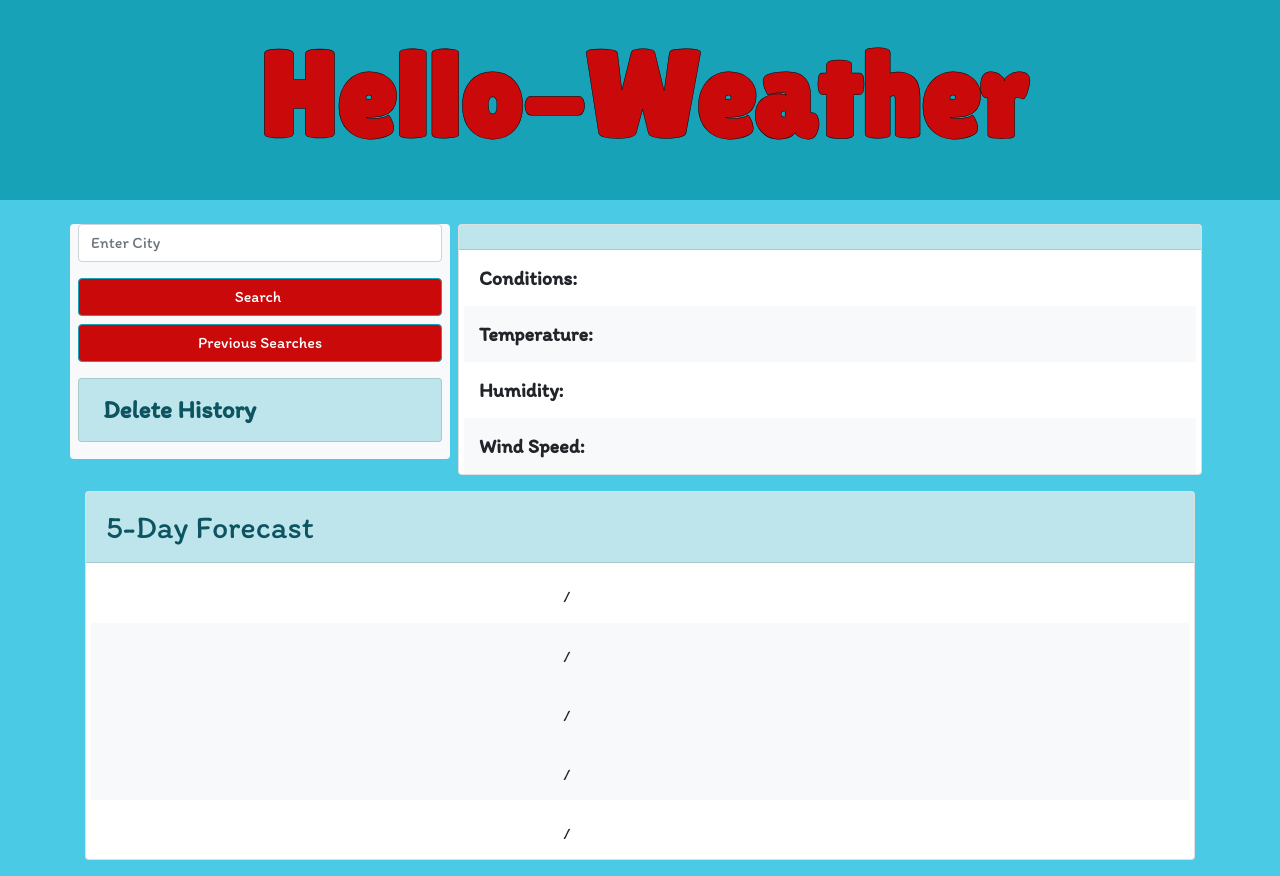
Repository: Jazinha/Hello-kitty-weather
Page: index.html
The author's editor kept a copy of each file at every save. The page is drawn from the files as they stood at one save, then again after the next save.
The browser window is 1280 px wide. The pictures show the whole page.
Some web libraries are served in a nearby version.

Above is the page before, as saved 2023-02-08 00:47:01.

### index.html
<!DOCTYPE html>
<html>

<head>
    <title>Hello-Weather!</title>
    <meta charset="utf-8">

    <link rel="preconnect" href="https://fonts.googleapis.com">
    <link rel="preconnect" href="https://fonts.gstatic.com" crossorigin>
    <link href="https://fonts.googleapis.com/css2?family=Itim&family=Lilita+One&display=swap" rel="stylesheet">
    <link rel="stylesheet" href="https://cdn.jsdelivr.net/npm/bootstrap@4.0.0/dist/css/bootstrap.min.css"
        integrity="sha384-Gn5384xqQ1aoWXA+058RXPxPg6fy4IWvTNh0E263XmFcJlSAwiGgFAW/dAiS6JXm" crossorigin="anonymous">
    <link rel="stylesheet" href="style.css">
</head>

<body>
    <header class="bg-info p-4 mb-2 text-center">
        <h1 class="font-weight-bold text-red">
          <i class="fas fa-cloud-sun mr-1"></i>
          Hello-Weather
        </h1>
        <p id="today" class="h4 text-white"></p>
      </header>

      <!-- Content Container -->
      <div class="container">
        <div class="row">

          <!-- Sidebar: Search + Search History -->
          <aside class="col-sm-4 bg-light px-2 my-3 rounded">

            <!-- Search Input -->

              <input id="search" class="form-control" type="text" placeholder="Enter City" aria-label="Search"/>
              <button id="search-btn" class="btn btn-block btn-info mt-3" type="button">
                Search
                <i class="fas fa-search ml-1"></i>
              </button>

            <!-- Previous Searches Button (only visible at smaller breakpoints) -->
            <button id="collapse-search-history" class="btn btn-block btn-info" type="button" data-toggle="collapse" data-target="#search-history" aria-expanded="false" aria-controls="collapseExample">
              Previous Searches
            </button>

            <!-- Search History -->
            <ul id="search-history" class="list-group collapse mt-3">
              <li id="delete-history" class="list-group-item list-group-item-info font-weight-bold">
                <i class="fas fa-trash-alt mr-1"></i>
                Delete History
              </li>
            </ul>
          </aside>

          <!-- Main Content: Weather Dashboard -->
          <main class="col-sm-8 px-2 mt-3">

            <!-- Section: Current Weather Data -->
            <section class="card">

              <!-- Current City -->
              <div class="card-header d-flex align-items-center list-group-item-info">
                <p id="city" class="h2 my-0 mr-2"></p>
                <i id="icon" class=""></i>
              </div>

              <div class="card-body py-0">

                <!-- Current Conditions -->
                <div class="row d-flex align-items-center py-3">
                  <div class="col-8 col-md-6 col-lg-4">
                    <p class="h5 font-weight-bold m-0">Conditions:</p>
                  </div>
                  <div class="col-4 col-md-6 col-lg-8 px-0">
                    <p id="conditions" class="h5 font-weight-light m-0"></p>
                  </div>
                </div>

                <!-- Current Temperature -->
                <div class="row bg-light d-flex align-items-center py-3">
                  <div class="col-8 col-md-6 col-lg-4">
                    <p class="h5 font-weight-bold m-0">Temperature:</p>
                  </div>
                  <div class="col-4 col-md-6 col-lg-8 px-0">
                    <p id="temperature" class="h5 font-weight-light m-0"></p>
                  </div>
                </div>

                <!-- Current Humidity -->
                <div class="row d-flex align-items-center py-3">
                  <div class="col-8 col-md-6 col-lg-4">
                    <p class="h5 font-weight-bold m-0">Humidity:</p>
                  </div>
                  <div class="col-4 col-md-6 col-lg-8 px-0">
                    <p id="humidity" class="h5 font-weight-light m-0"></p>
                  </div>
                </div>

                <!-- Current Wind Speed -->
                <div class="row bg-light d-flex align-items-center py-3">
                  <div class="col-8 col-md-6 col-lg-4">
                    <p class="h5 font-weight-bold m-0">Wind Speed:</p>
                  </div>
                  <div class="col-4 col-md-6 col-lg-8 px-0">
                    <p id="wind-speed" class="h5 font-weight-light m-0"></p>
                  </div>
                </div>
                </div>
              </div>
            </section>

            <!-- Section: 5-Day Forecast -->
            <section class="card my-3">
              <div class="card-header d-flex align-items-center list-group-item-info py-3">
                <p class="h2 my-0">5-Day Forecast</p>
              </div>

              <div class="card-body py-0">

                <!-- Day 1 -->
                <div class="row d-flex align-items-center py-3">
                  <div class="col-2 d-flex justify-content-center">
                    <i id="day-1-icon" class=""></i>
                  </div>
                  <div class="col-3 pr-0">
                    <p id="day-1-date" class="h5 text-info"></p>
                    <p id="day-1-year" class="h6 font-weight-light m-0"></p>
                  </div>
                  <div class="col-7">
                    <p id="day-1-conditions" class="h5 text-info"></p>
                    <p class="h6 font-weight-light m-0">
                      <i class="fas fa-thermometer-quarter"></i>
                      <span id="day-1-temp"></span> /
                      <span id="day-1-humidity"></span>
                    </p>
                  </div>
                </div>

                <!-- Day 2 -->
                <div class="row bg-light d-flex align-items-center py-3">
                  <div class="col-2 d-flex justify-content-center">
                    <i id="day-2-icon" class=""></i>
                  </div>
                  <div class="col-3 pr-0">
                    <p id="day-2-date" class="h5 text-info"></p>
                    <p id="day-2-year" class="h6 font-weight-light m-0"></p>
                  </div>
                  <div class="col-7">
                    <p id="day-2-conditions" class="h5 text-info"></p>
                    <p class="h6 font-weight-light m-0">
                      <i class="fas fa-thermometer-quarter"></i>
                      <span id="day-2-temp"></span> /
                      <span id="day-2-humidity"></span>
                    </p>
                  </div>
                </div>

                <!-- Day 3 -->
                <div class="row bg-light d-flex align-items-center py-3">
                  <div class="col-2 d-flex justify-content-center">
                    <i id="day-3-icon" class=""></i>
                  </div>
                  <div class="col-3 pr-0">
                    <p id="day-3-date" class="h5 text-info"></p>
                    <p id="day-3-year" class="h6 font-weight-light m-0"></p>
                  </div>
                  <div class="col-7">
                    <p id="day-3-conditions" class="h5 text-info"></p>
                    <p class="h6 font-weight-light m-0">
                      <i class="fas fa-thermometer-quarter"></i>
                      <span id="day-3-temp"></span> /
                      <span id="day-3-humidity"></span>
                    </p>
                  </div>
                </div>

                <!-- Day 4 -->
                <div class="row bg-light d-flex align-items-center py-3">
                  <div class="col-2 d-flex justify-content-center">
                    <i id="day-4-icon" class=""></i>
                  </div>
                  <div class="col-3 pr-0">
                    <p id="day-4-date" class="h5 text-info"></p>
                    <p id="day-4-year" class="h6 font-weight-light m-0"></p>
                  </div>
                  <div class="col-7">
                    <p id="day-4-conditions" class="h5 text-info"></p>
                    <p class="h6 font-weight-light m-0">
                      <i class="fas fa-thermometer-quarter"></i>
                      <span id="day-4-temp"></span> /
                      <span id="day-4-humidity"></span>
                    </p>
                  </div>
                </div>

                <!-- Day 5 -->
                <div class="row d-flex align-items-center py-3">
                  <div class="col-2 d-flex justify-content-center">
                    <i id="day-5-icon" class=""></i>
                  </div>
                  <div class="col-3 pr-0">
                    <p id="day-5-date" class="h5 text-info"></p>
                    <p id="day-5-year" class="h6 font-weight-light m-0"></p>
                  </div>
                  <div class="col-7">
                    <p id="day-5-conditions" class="h5 text-info"></p>
                    <p class="h6 font-weight-light m-0">
                      <i class="fas fa-thermometer-quarter"></i>
                      <span id="day-5-temp"></span> /
                      <span id="day-5-humidity"></span>
                    </p>
                  </div>
                </div>
              </div>
            </section>
          </main>
        </div>
      </div>

    <script src="https://code.jquery.com/jquery-3.2.1.slim.min.js"
        integrity="sha384-KJ3o2DKtIkvYIK3UENzmM7KCkRr/rE9/Qpg6aAZGJwFDMVNA/GpGFF93hXpG5KkN"
        crossorigin="anonymous"></script>
    <script src="https://cdn.jsdelivr.net/npm/popper.js@1.12.9/dist/umd/popper.min.js"
        integrity="sha384-ApNbgh9B+Y1QKtv3Rn7W3mgPxhU9K/ScQsAP7hUibX39j7fakFPskvXusvfa0b4Q"
        crossorigin="anonymous"></script>
    <script src="https://cdn.jsdelivr.net/npm/bootstrap@4.0.0/dist/js/bootstrap.min.js"
        integrity="sha384-JZR6Spejh4U02d8jOt6vLEHfe/JQGiRRSQQxSfFWpi1MquVdAyjUar5+76PVCmYl"
        crossorigin="anonymous"></script>
    <script src="./script.js"></script>
</body>

</html>

### style.css
body {
    background-color: rgb(75, 202, 230);
    font-size: 25px;
    font-family: 'Itim', cursive;;
}

.container-landing {
    text-align: center;
    justify-content: center;
    /* background-image: ; */
}

h1 {
    font-size: 120px;
    font-family: 'Lilita One', cursive;
    color: rgb(202, 10, 10);
    -webkit-text-stroke: .5px black;
}

#initial {
    font-family: 'Lilita One', cursive;
    width: 190px;
    height: 33px;
    padding: 0px 2px;
    border: none;
}

.btn {
    background-color:rgb(202, 10, 10);
    text-decoration: none;
}


.btn:hover {
    background-color: rgb(217, 75, 98);
  }


.days-week {
    display: flex;
    flex-flow: row wrap;
  }

#search-btn {
    background-color:rgb(202, 10, 10);
    text-decoration: none;
}

### script.js
function init() {
    console.log("dd");
    var searchBtn = document.getElementById("search-btn");
    var inputTxt = document.getElementById("search");
    var APIKEY = '3d90c1ba80e1377a6db30bdf0b2f1488'
    searchBtn.addEventListener("click", () => {
        var inptTextValue = inputTxt.value;
        // console.log(inptTextValue);

        fetch(`https://api.openweathermap.org/data/2.5/forecast?q=${inptTextValue}&appid=${APIKEY}`)
            .then((response) => response.json())
            .then((data) => {
                var weathers = data.list;
                var eachDays = Array();
                for (var i = 0; i < weathers.length; i+=8) {
                    console.log(weathers[i]);
                    var temp = {
                        condition : weathers[i].weather[0].main,
                        temperature : weathers[i].main.temp,
                        humidity : weathers[i].main.humidity,
                        windSpeed : weathers[i].wind.speed,
                        icon : weathers[i].weather[0].icon,
                    };
                    eachDays.push(temp);

                    var conditionDisplay = ``;
                    // console.log(condition);
                    // console.log(temperature);
                    // console.log(humidity);
                    // console.log(windSpeed);
                }

                var currentDayCity = document.getElementById("city");
                var currentIcon = document.getElementById("icon");
                currentDayCity.value = inptTextValue;
                currentIcon.src = "http://openweathermap.org/img/wn/10d@2x.png"
                // for (var i = 0; i < 5; i+=1)
                // {
                //     var
                // }


            });


        })
    // setTimeout(
    //     () => {
    //         console.log(inputTxt)
    //     }
    // , 1000);






}

// 3d90c1ba80e1377a6db30bdf0b2f1488

// api.openweathermap.org/data/2.5/forecast?q=California&appid=3d90c1ba80e1377a6db30bdf0b2f1488

init()

After the next save:
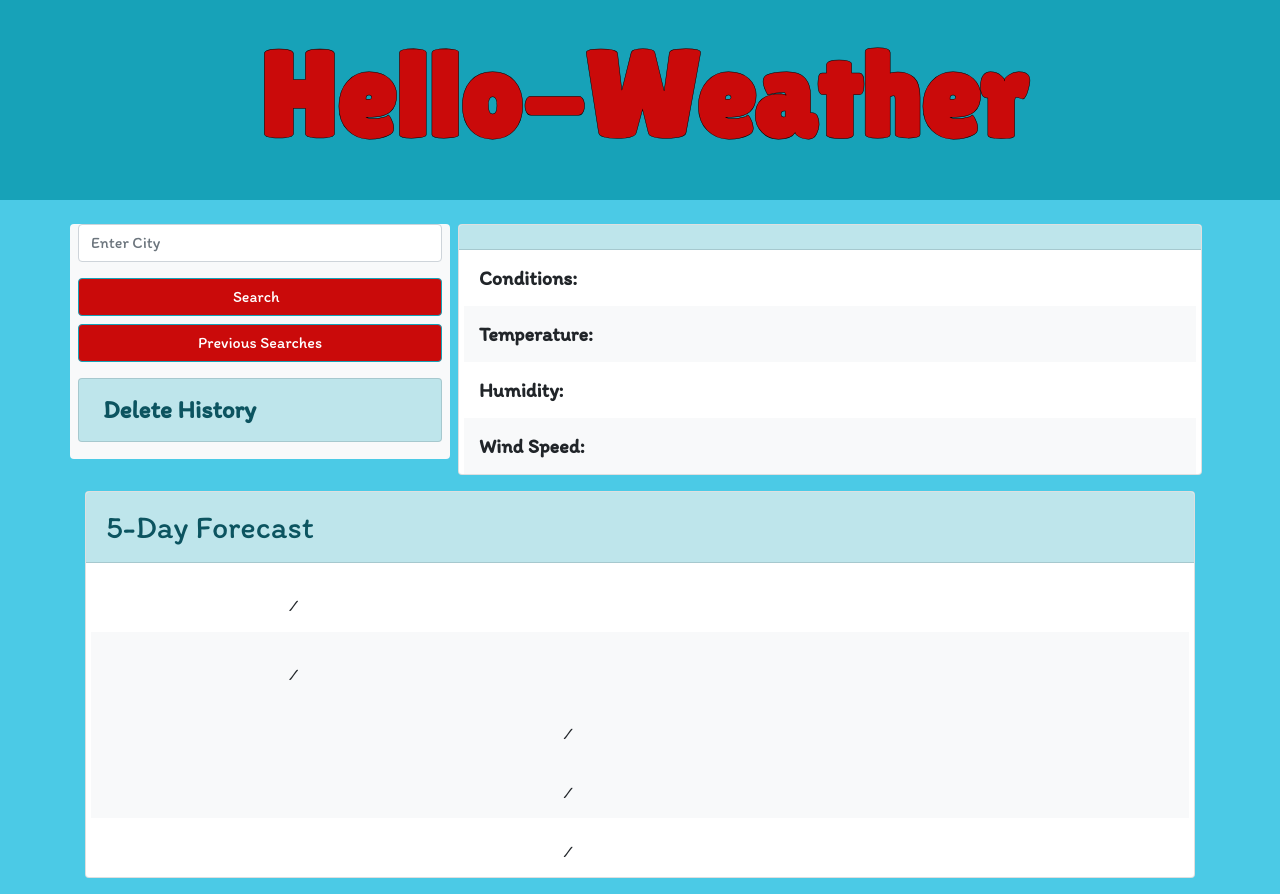
Saved 4 min 27 s later.
--- a/index.html
+++ b/index.html
@@ -34,7 +34,7 @@
               <input id="search" class="form-control" type="text" placeholder="Enter City" aria-label="Search"/>
               <button id="search-btn" class="btn btn-block btn-info mt-3" type="button">
                 Search
-                <i class="fas fa-search ml-1"></i>
+                <img class="fas fa-search ml-1">
               </button>
 
             <!-- Previous Searches Button (only visible at smaller breakpoints) -->
@@ -60,7 +60,7 @@
               <!-- Current City -->
               <div class="card-header d-flex align-items-center list-group-item-info">
                 <p id="city" class="h2 my-0 mr-2"></p>
-                <i id="icon" class=""></i>
+                <img id="icon" class="">
               </div>
 
               <div class="card-body py-0">
@@ -119,7 +119,7 @@
                 <!-- Day 1 -->
                 <div class="row d-flex align-items-center py-3">
                   <div class="col-2 d-flex justify-content-center">
-                    <i id="day-1-icon" class=""></i>
+                    <i id="day-1-icon" class="">
                   </div>
                   <div class="col-3 pr-0">
                     <p id="day-1-date" class="h5 text-info"></p>
@@ -128,7 +128,7 @@
                   <div class="col-7">
                     <p id="day-1-conditions" class="h5 text-info"></p>
                     <p class="h6 font-weight-light m-0">
-                      <i class="fas fa-thermometer-quarter"></i>
+                      <i class="fas fa-thermometer-quarter">
                       <span id="day-1-temp"></span> /
                       <span id="day-1-humidity"></span>
                     </p>
@@ -138,7 +138,7 @@
                 <!-- Day 2 -->
                 <div class="row bg-light d-flex align-items-center py-3">
                   <div class="col-2 d-flex justify-content-center">
-                    <i id="day-2-icon" class=""></i>
+                    <i id="day-2-icon" class="">
                   </div>
                   <div class="col-3 pr-0">
                     <p id="day-2-date" class="h5 text-info"></p>
@@ -147,7 +147,7 @@
                   <div class="col-7">
                     <p id="day-2-conditions" class="h5 text-info"></p>
                     <p class="h6 font-weight-light m-0">
-                      <i class="fas fa-thermometer-quarter"></i>
+                      <i class="fas fa-thermometer-quarter">
                       <span id="day-2-temp"></span> /
                       <span id="day-2-humidity"></span>
                     </p>
@@ -157,7 +157,7 @@
                 <!-- Day 3 -->
                 <div class="row bg-light d-flex align-items-center py-3">
                   <div class="col-2 d-flex justify-content-center">
-                    <i id="day-3-icon" class=""></i>
+                    <img id="day-3-icon" class="">
                   </div>
                   <div class="col-3 pr-0">
                     <p id="day-3-date" class="h5 text-info"></p>
@@ -166,7 +166,6 @@
                   <div class="col-7">
                     <p id="day-3-conditions" class="h5 text-info"></p>
                     <p class="h6 font-weight-light m-0">
-                      <i class="fas fa-thermometer-quarter"></i>
                       <span id="day-3-temp"></span> /
                       <span id="day-3-humidity"></span>
                     </p>
@@ -185,7 +184,6 @@
                   <div class="col-7">
                     <p id="day-4-conditions" class="h5 text-info"></p>
                     <p class="h6 font-weight-light m-0">
-                      <i class="fas fa-thermometer-quarter"></i>
                       <span id="day-4-temp"></span> /
                       <span id="day-4-humidity"></span>
                     </p>
@@ -195,7 +193,7 @@
                 <!-- Day 5 -->
                 <div class="row d-flex align-items-center py-3">
                   <div class="col-2 d-flex justify-content-center">
-                    <i id="day-5-icon" class=""></i>
+                    <img id="day-5-icon" class="">
                   </div>
                   <div class="col-3 pr-0">
                     <p id="day-5-date" class="h5 text-info"></p>
@@ -204,7 +202,6 @@
                   <div class="col-7">
                     <p id="day-5-conditions" class="h5 text-info"></p>
                     <p class="h6 font-weight-light m-0">
-                      <i class="fas fa-thermometer-quarter"></i>
                       <span id="day-5-temp"></span> /
                       <span id="day-5-humidity"></span>
                     </p>
